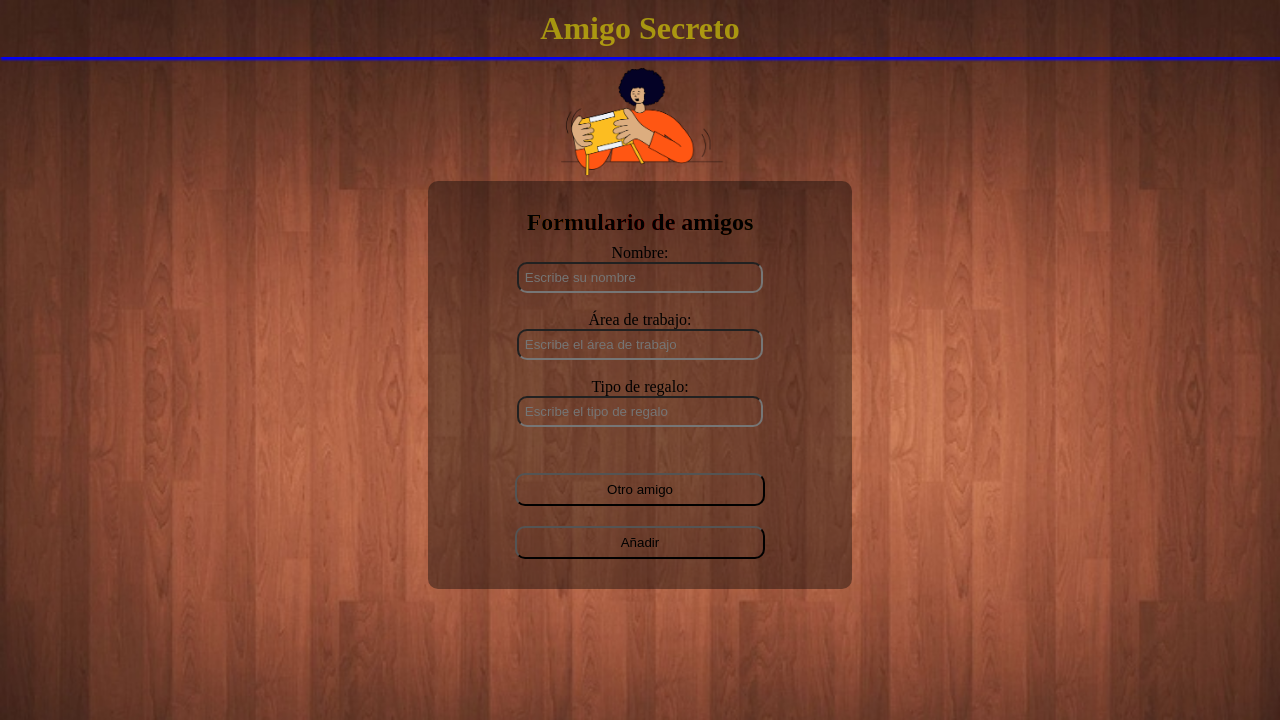
Repository: ye909/secreto
Page: index.html
An editor plug-in stored every save of this project. The page is shown before and after the next save, followed by the edit.
The browser window is 1280 px wide. The pictures show the whole page.

Above is the page before, as saved 2025-01-25 10:58:24.

After the next save:
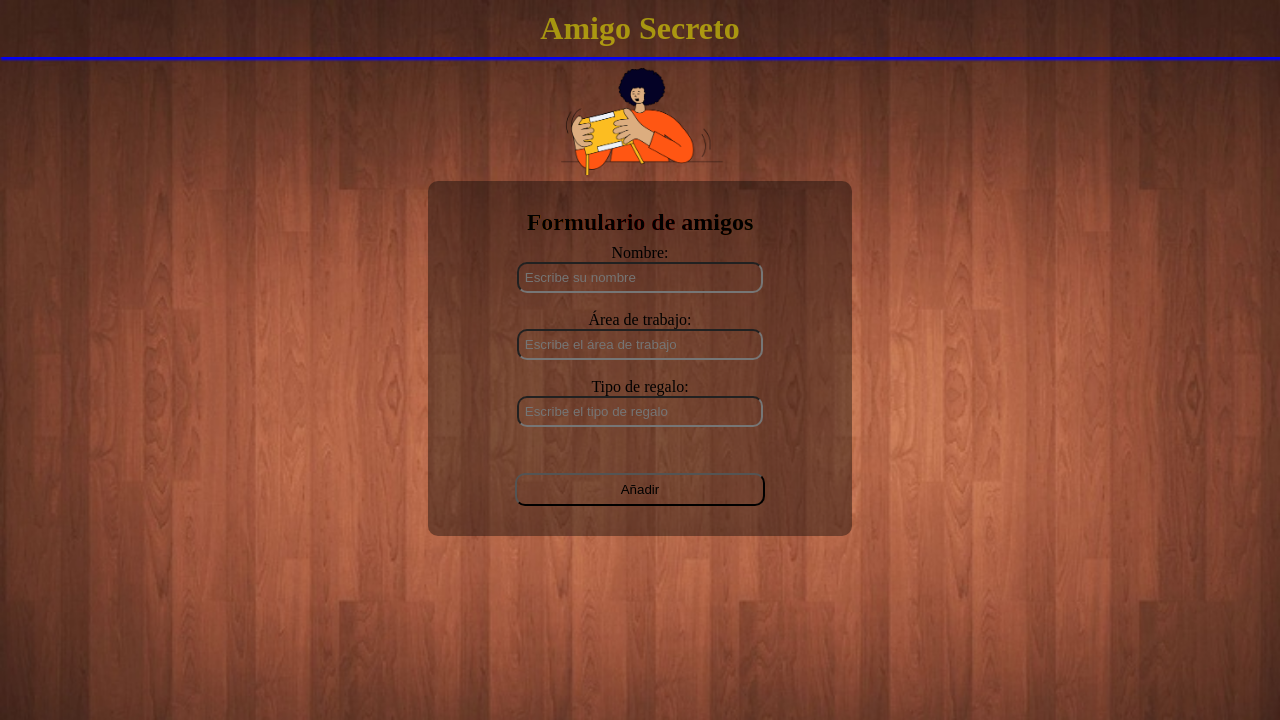
Saved 52 s later.
--- a/index.html
+++ b/index.html
@@ -28,7 +28,7 @@
                 <input type="text" id="tipoRegalo" class="input-regalo" placeholder="Escribe el tipo de regalo"><br><br>
                 <span id="mensaje"></span>
                 <br>
-                <button id="otro" >Otro amigo</button>
+
                 <button class="button-add" id="button-add">Añadir</button>
             </form>
 
